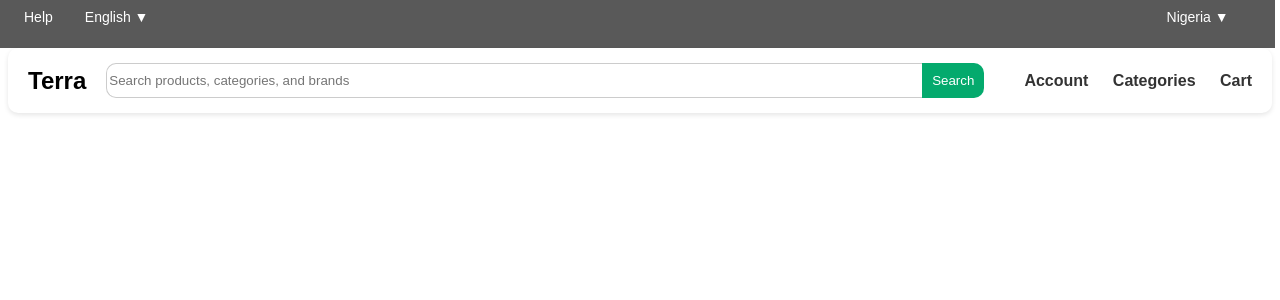
Repository: Femi007-gh/e-commerce
Page: index.html
The author's editor kept a copy of each file at every save. The page is drawn from the files as they stood at one save, then again after the next save.
The browser window is 1280 px wide. The pictures show the whole page.

Above is the page before, as saved 2025-04-28 19:33:16.

### index.html
<html>
    <head>
      <title>Shopping Cart Page</title>
      <link rel="stylesheet" href="style.css">
    </head>
  <body>
    <header>
    <div class="div1">
<div class="top-bar">
  <div class="left">
    <div class="dropdown">
      <button class="dropbtn">Help</button>
    </div>
    <div class="dropdown">
      <button class="dropbtn">English ▼</button>
      <div class="dropdown-content">
        <a href="#">English</a>
        <a href="#">Japanese</a>
        <a href="#">Korean</a>
      </div>
    </div>
  </div>
  <div class="right">
    <div class="dropdown">
      <button class="dropbtn">Nigeria ▼</button>
      <div class="dropdown-content">
        <a href="#">Nigeria</a>
        <a href="#">USA</a>
        <a href="#">China</a>
        </div>
      </div>
     </div>
   </div>
  </div>


<nav class="nav-bar">
  <div class="logo">Terra</div>
  <div class="search-bar">
    <input type="text" placeholder="Search products, categories, and brands">
    <button>Search</button>
  </div>
  <div class="nav-icons">
    <a href="#">Account</a>
    <a href="#">Categories</a>
    <a href="#">Cart</a>
  </div>
</nav>
  </body>
</html>

### style.css
body{
  font-family: Arial;
}
.div1{
  background-color: #595959;
  width: 101%;
  height: 50px;
  margin-left: -10px;
  margin-top: -10px;
}
.top-bar {
  background-color:  #595959;
  color: white;
  padding: 10px 20px;
  display: flex;
  justify-content: space-between;
  font-size: 14px;
}

.top-bar .left, .top-bar .right {
  display: flex;
  align-items: center;
}

.dropdown {
  position: relative;
  margin-right: 20px;
}

.dropbtn {
  background: none;
  border: none;
  color: white;
  cursor: pointer;
  font-size: 14px;
}

.dropdown-content {
  display: none;
  position: absolute;
  background-color: white;
  color:  #595959;
  min-width: 100px;
  border-radius: 5px;
  box-shadow: 0px 8px 16px rgba(0,0,0,0.2);
  z-index: 1;
}

.dropdown-content a {
  padding: 8px 12px;
  display: block;
  text-decoration: none;
  color: black;
}

.dropdown-content a:hover {
  background-color: #f1f1f1;
}

.dropdown:hover .dropdown-content {
  display: block;
}

.nav-icons a {
  margin-left: 20px;
  text-decoration: none;
  color: #333;
  font-weight: 600;
}


/* Nav bar */
.nav-bar {
  display: flex;
  justify-content: space-between;
  align-items: center;
  background: white;
  padding: 15px 20px;
  margin-bottom: 20px;
  border-radius: 10px;
  box-shadow: 0 2px 5px rgba(0,0,0,0.1);
}

.nav-bar .logo {
  font-weight: 700;
  font-size: 24px;
}

.search-bar {
  flex: 1;
  margin: 0 20px;
  display: flex;
}

.search-bar input {
  flex: 1;
  border: 1px solid #ccc;
  border-right: none;
  border-radius: 10px 0 0 10px;
}

.search-bar button {
  background-color: #04AA6D;
  color: white;
  border: none;
  border-radius: 0 10px 10px 0;
  cursor: pointer;
  padding: 10px 10px;
}

.nav-icons a {
  margin-left: 20px;
  text-decoration: none;
  color: #333;
}

.inp {
  padding: 10px 10px;
}

After the next save:
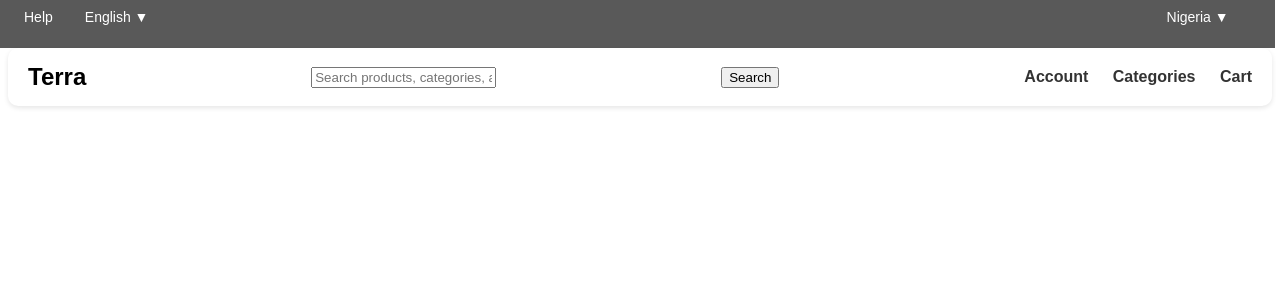
Saved 2 min 49 s later.
--- a/index.html
+++ b/index.html
@@ -36,7 +36,6 @@
 
 <nav class="nav-bar">
   <div class="logo">Terra</div>
-  <div class="search-bar">
     <input type="text" placeholder="Search products, categories, and brands">
     <button>Search</button>
   </div>

After the save that followed:
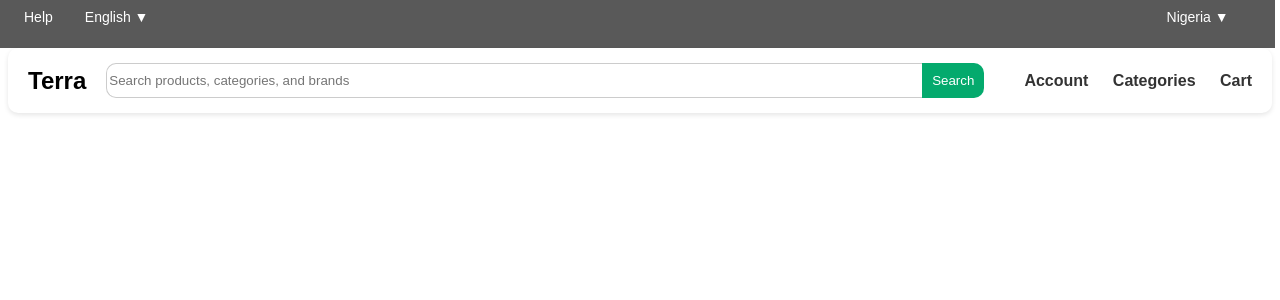
Saved 8 min 45 s later.
--- a/index.html
+++ b/index.html
@@ -36,6 +36,7 @@
 
 <nav class="nav-bar">
   <div class="logo">Terra</div>
+  <div class="search-bar">
     <input type="text" placeholder="Search products, categories, and brands">
     <button>Search</button>
   </div>
